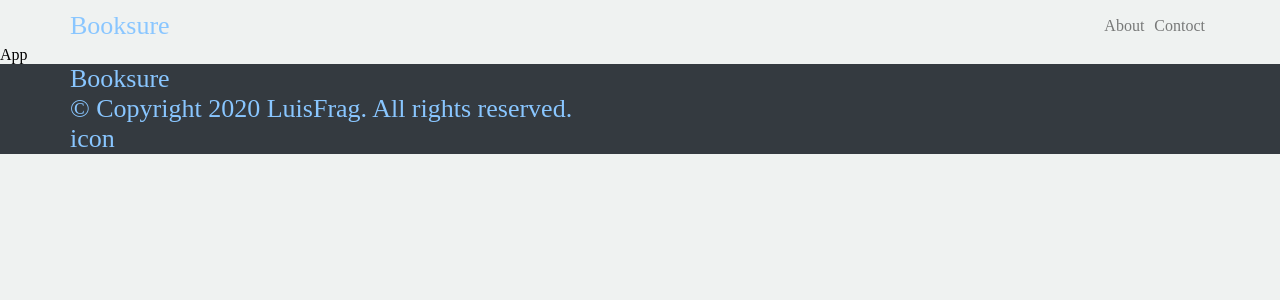
Repository: changesxxx/searchBooks
Page: /
The author's editor kept a copy of each file at every save. The page is drawn from the files as they stood at one save, then again after the next save.
The browser window is 1280 px wide. The pictures show the whole page.
The project was rebuilt for these pictures with package versions that can differ from the ones it lists, and the page was loaded fresh each time. Also part of the build but not shown: craco.config.js.

Above is the page before, as saved 2024-06-24 12:02:17.

After the next save:
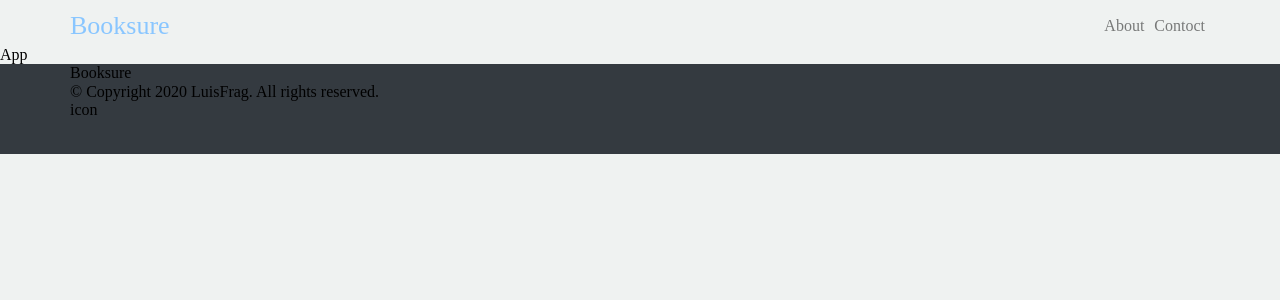
Saved 11 s later.
--- a/src/components/pageFooter/style.js
+++ b/src/components/pageFooter/style.js
@@ -5,8 +5,8 @@
   background-color: #343a40;
 
   .content {
-    font-size: 26px;
-    color: #89c6ff;
+    /* font-size: 26px;
+    color: #89c6ff; */
   }
 `
 
